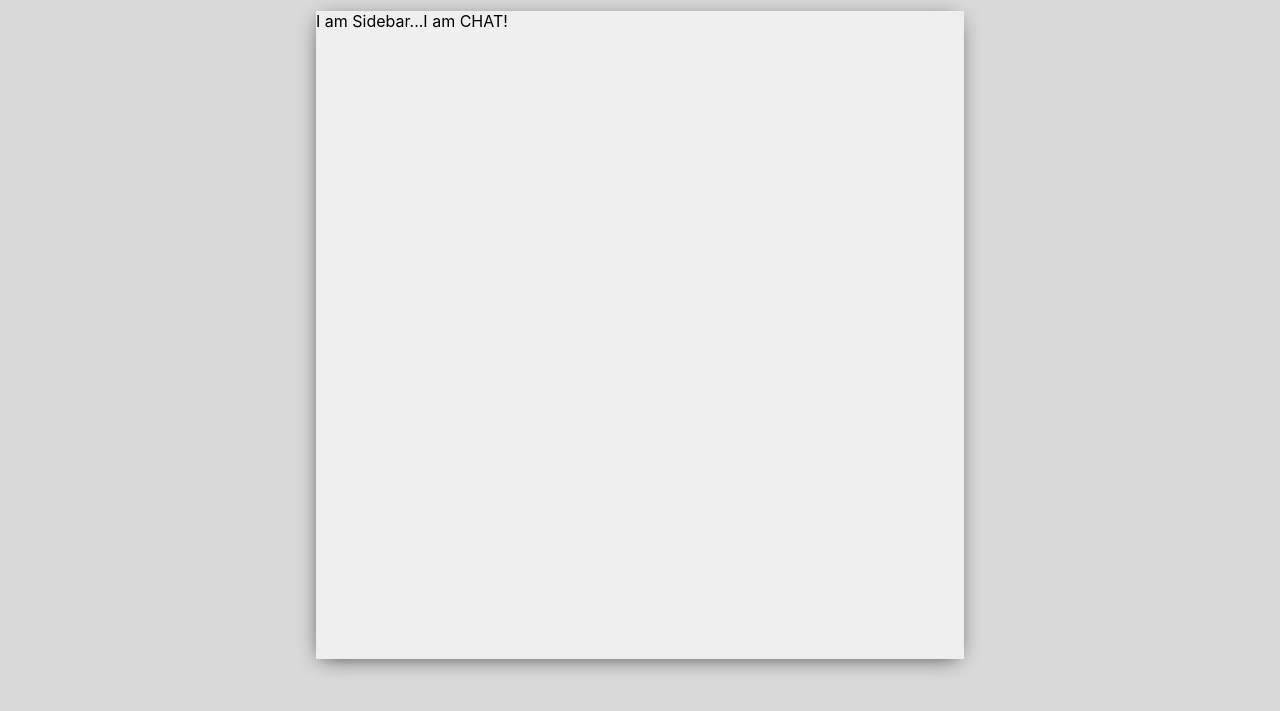
Repository: BogoGit/clone-whatsapp
Page: / (app in whatsapp-front/)
The author's editor kept a copy of each file at every save. The page is drawn from the files as they stood at one save, then again after the next save.
The browser window is 1280 px wide. The pictures show the whole page.
The project was rebuilt for these pictures with package versions that can differ from the ones it lists, and the page was loaded fresh each time. Also part of the build but not shown: whatsapp-front/src/Components/Sidebar.css.

Above is the page before, as saved 2020-11-18 16:42:01.

After the next save:
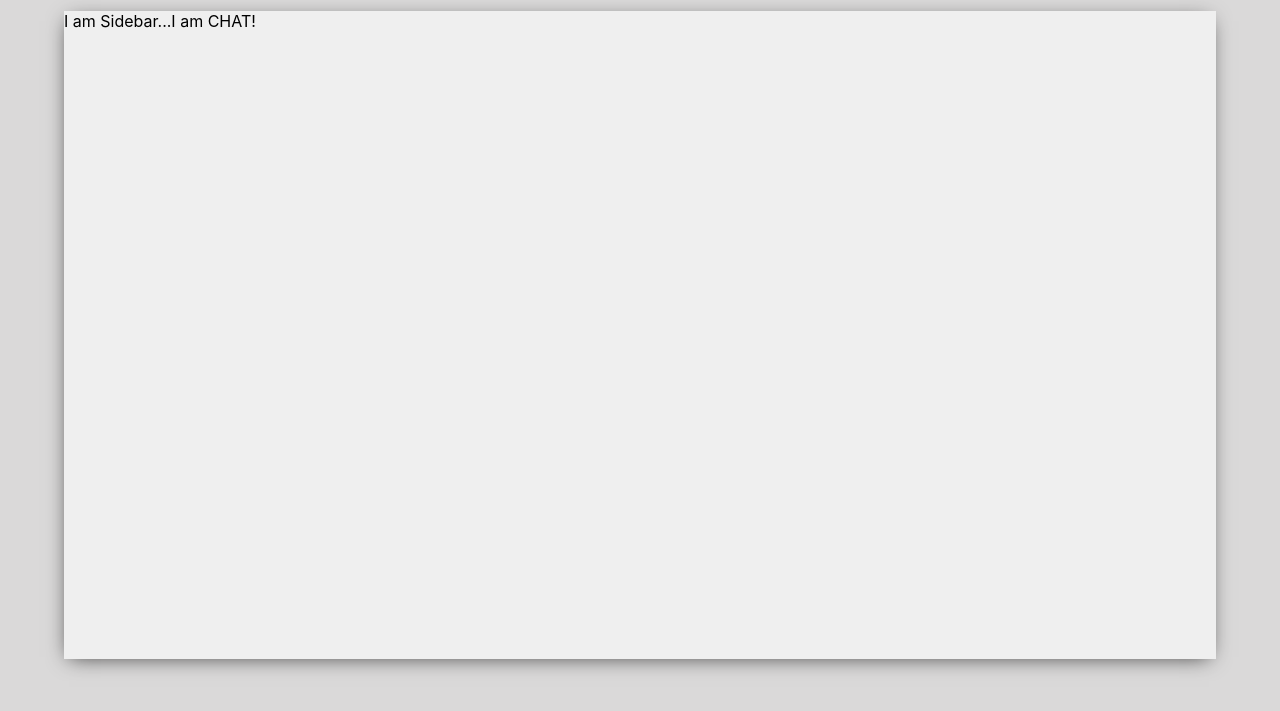
Saved 15 s later.
--- a/whatsapp-front/src/Components/App.css
+++ b/whatsapp-front/src/Components/App.css
@@ -10,6 +10,6 @@
 	background-color: #efefef;
 	margin-top: -5rem;
 	height: 90vh;
-	width: 90vh;
+	width: 90vw;
 	box-shadow: -1px 4px 2rem -6px rgba(0, 0, 0, 0.75);
 }
